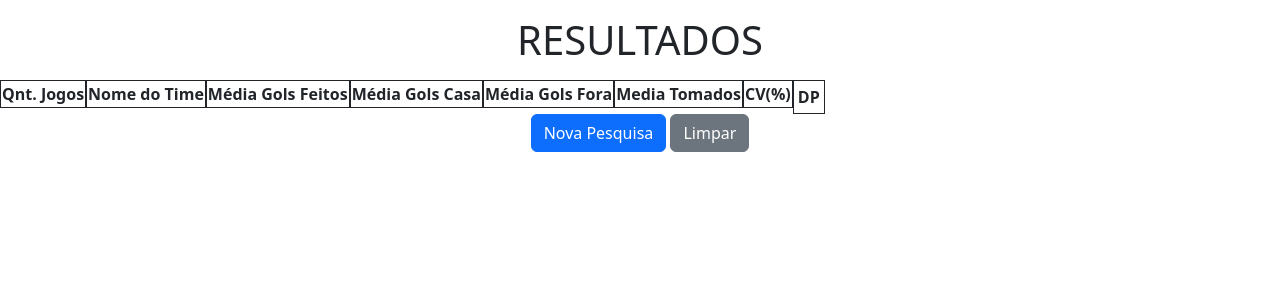
Repository: ricardodamaceno/Coeficiente-de-Variacao-de-Gols
Page: http://localhost/resposta
An editor plug-in stored every save of this project. The page is shown before and after the next save, followed by the edit.
The browser window is 1280 px wide. The pictures show the whole page.
The page is this project's Thymeleaf template; nobody is signed in. The template is opened directly, without the code that normally fills it, so the values that code supplies are empty.

Above is the page before, as saved 2022-10-01 14:53:45.

### aposta-tozo/src/main/resources/templates/resposta.html
<!DOCTYPE html>
<html xmlns:th="http://www.thymeleaf.org">
<head>
<meta name="viewport"
	content="width = device-width, initial-scale = 1, shrink-to-fit = no">
<!-- CSS only -->
<link
	href="https://cdn.jsdelivr.net/npm/bootstrap@5.2.1/dist/css/bootstrap.min.css"
	rel="stylesheet"
	integrity="sha384-iYQeCzEYFbKjA/T2uDLTpkwGzCiq6soy8tYaI1GyVh/UjpbCx/TYkiZhlZB6+fzT"
	crossorigin="anonymous">
<title>Apostas Esportivas</title>
<style>
.flex {
	display: flex;
}

.space-between {
	justify-content: space-between;
}

[data-tooltip] {
	position: relative;
	font-weight: bold;
}

[data-tooltip]:after {
	display: none;
	position: absolute;
	padding: 5px;
	border-radius: 3px;
	bottom: calc(100% + 2px);
	content: attr(data-tooltip);
	white-space: wrap;
	background-color: #0095ff;
	color: White;
}

[data-tooltip]:hover:after {
	display: block;
}
</style>
</head>

<body>

	<h1 class="text-center mb-3 mt-3">RESULTADOS</h1>
	<div class="d-flex">
		<table
			class="table-responsive table-striped table-hover table-bordered border-dark">
			<thead>
				<tr>
					<th scope="col">Qnt. Jogos</th>
				</tr>
			</thead>
			<tbody>
				<tr data-th-each="qnt : ${jogosAnalisados}">
					<td data-th-text="${qnt.jogosAnalisados}"></td>
				</tr>
			</tbody>
		</table>
		<table
			class="table-responsive table-striped table-hover table-bordered border-dark">
			<thead>
				<tr>
					<th scope="col">Nome do Time</th>
				</tr>
			</thead>
			<tbody>
				<tr data-th-each="time : ${pesqTimes}">
					<td data-th-text="${time.nomeTime}"></td>
				</tr>
			</tbody>
		</table>
		<table
			class="table-responsive table-striped table-hover table-bordered border-dark">
			<thead>
				<tr>
					<th scope="col">Média Gols Feitos</th>
				</tr>
			</thead>
			<tbody>
				<tr data-th-each="med : ${media}">
					<td data-th-text="${med.mediaGol}"></td>
				</tr>
			</tbody>
		</table>
		<table
			class="table-responsive table-striped table-hover table-bordered border-dark">
			<thead>
				<tr>
					<th scope="col">Média Gols Casa</th>
				</tr>
			</thead>
			<tbody>
				<tr data-th-each="medcasa : ${mediaGolCasa}">
					<td data-th-text="${medcasa.mediaGolCasa}"></td>
				</tr>
			</tbody>
		</table>
		<table
			class="table-responsive table-striped table-hover table-bordered border-dark">
			<thead>
				<tr>
					<th scope="col">Média Gols Fora</th>
				</tr>
			</thead>
			<tbody>
				<tr data-th-each="medfora : ${mediaGolFora}">
					<td data-th-text="${medfora.mediaGolFora}"></td>
				</tr>
			</tbody>
		</table>
		<table
			class="table-responsive table-striped table-hover table-bordered border-dark">
			<thead>
				<tr>
					<th scope="col">Media Tomados</th>
				</tr>
			</thead>
			<tbody>
				<tr data-th-each="medContra : ${mediaTomados}">
					<td data-th-text="${medContra.mediaGolsTomados}"></td>
				</tr>
			</tbody>
		</table>
		<table
			class="table-responsive table-striped table-hover table-bordered border-dark">
			<thead>
				<tr>
					<th scope="col"
						data-tooltip="Coeficiente de Variação dos Gols Feitos">CV(%)</th>
				</tr>
			</thead>
			<tbody>
				<tr data-th-each="coeVar : ${cv}">
					<td data-th-text="${coeVar.coeficienteDeVariacao} + '%'"></td>
				</tr>
			</tbody>
		</table>
		<table
			class="table-responsive table-sm table-striped table-hover table-bordered border-dark">
			<thead>
				<tr>
					<th scope="col" data-tooltip="Desvio Padrão dos Gols Feitos">DP</th>
				</tr>
			</thead>
			<tbody>
				<tr data-th-each="desvioPadrao : ${desvio}">
					<td data-th-text="${desvioPadrao.desvioPadrao} + ' gols'"></td>
				</tr>
			</tbody>
		</table>

	</div>
	<div class="d-grid gap-2 d-md-flex justify-content-md-center">
		<form method="post" action="/add">
			<!-- <button type="submit" class="btn btn-primary">Voltar</button> -->
			<a href="/add" class="btn btn-primary" tabindex="-1" role="button"
				aria-disabled="true">Nova Pesquisa</a> <a href="/voltar"
				class="btn btn-secondary" tabindex="-1" role="button"
				aria-disabled="true">Limpar</a>
		</form>
	</div>
</body>
</html>

After the next save:
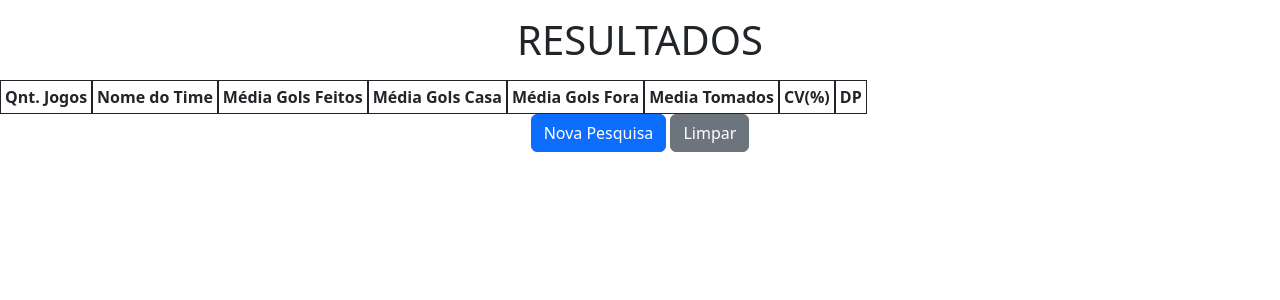
Saved 39 s later.
--- a/aposta-tozo/src/main/resources/templates/resposta.html
+++ b/aposta-tozo/src/main/resources/templates/resposta.html
@@ -47,7 +47,7 @@
 	<h1 class="text-center mb-3 mt-3">RESULTADOS</h1>
 	<div class="d-flex">
 		<table
-			class="table-responsive table-striped table-hover table-bordered border-dark">
+			class="table-responsive table-sm table-striped table-hover table-bordered border-dark">
 			<thead>
 				<tr>
 					<th scope="col">Qnt. Jogos</th>
@@ -60,7 +60,7 @@
 			</tbody>
 		</table>
 		<table
-			class="table-responsive table-striped table-hover table-bordered border-dark">
+			class="table-responsive table-sm table-striped table-hover table-bordered border-dark">
 			<thead>
 				<tr>
 					<th scope="col">Nome do Time</th>
@@ -73,7 +73,7 @@
 			</tbody>
 		</table>
 		<table
-			class="table-responsive table-striped table-hover table-bordered border-dark">
+			class="table-responsive table-sm table-striped table-hover table-bordered border-dark">
 			<thead>
 				<tr>
 					<th scope="col">Média Gols Feitos</th>
@@ -86,7 +86,7 @@
 			</tbody>
 		</table>
 		<table
-			class="table-responsive table-striped table-hover table-bordered border-dark">
+			class="table-responsive table-sm table-striped table-hover table-bordered border-dark">
 			<thead>
 				<tr>
 					<th scope="col">Média Gols Casa</th>
@@ -99,7 +99,7 @@
 			</tbody>
 		</table>
 		<table
-			class="table-responsive table-striped table-hover table-bordered border-dark">
+			class="table-responsive table-sm table-striped table-hover table-bordered border-dark">
 			<thead>
 				<tr>
 					<th scope="col">Média Gols Fora</th>
@@ -112,7 +112,7 @@
 			</tbody>
 		</table>
 		<table
-			class="table-responsive table-striped table-hover table-bordered border-dark">
+			class="table-responsive table-sm table-striped table-hover table-bordered border-dark">
 			<thead>
 				<tr>
 					<th scope="col">Media Tomados</th>
@@ -125,7 +125,7 @@
 			</tbody>
 		</table>
 		<table
-			class="table-responsive table-striped table-hover table-bordered border-dark">
+			class="table-responsive table-sm table-striped table-hover table-bordered border-dark">
 			<thead>
 				<tr>
 					<th scope="col"
